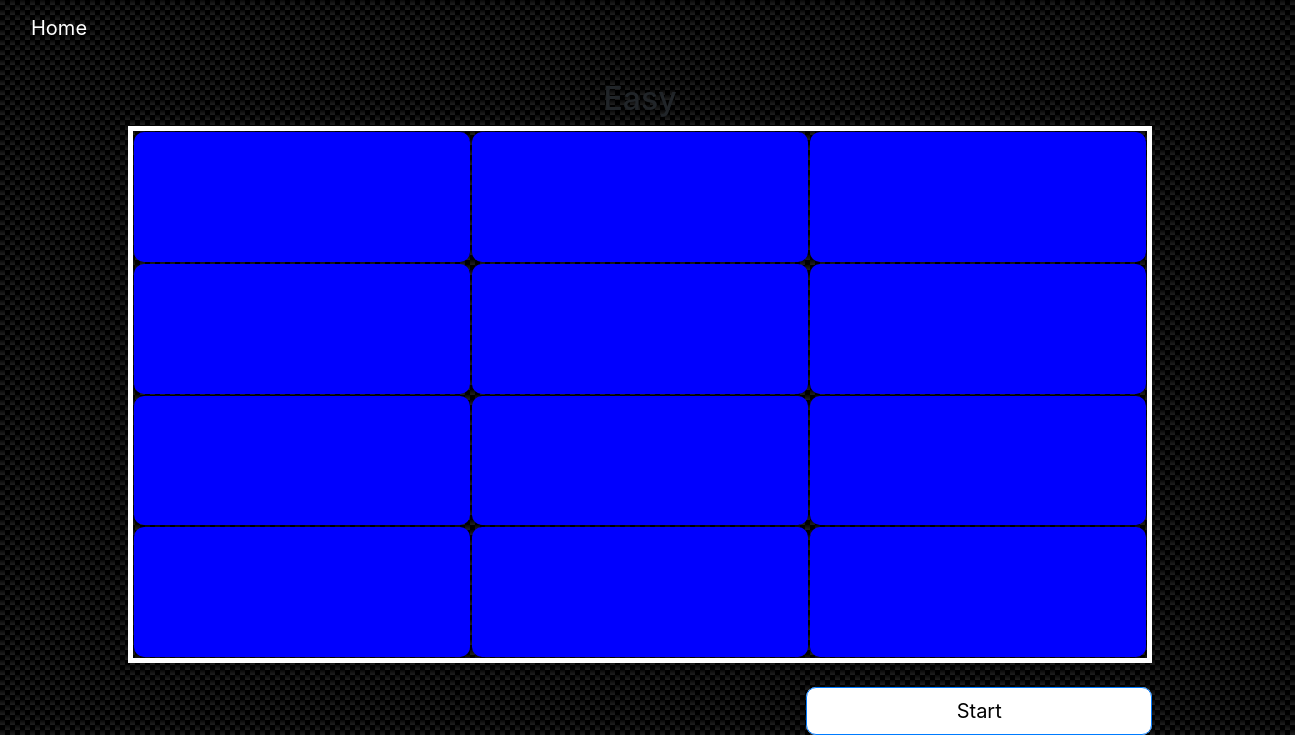
Repository: chrisrees85/memory-block
Page: easy.html
The author's editor kept a record of every edit. The page is drawn from the files as they stood at one moment, then again after the next edit.
The browser window is 1280 px wide. The page is 1295 px wide, so the pictures cover 1295 px, including what lies to the right of the window. The pictures show the whole page.

Above is the page before.

After the next edit:
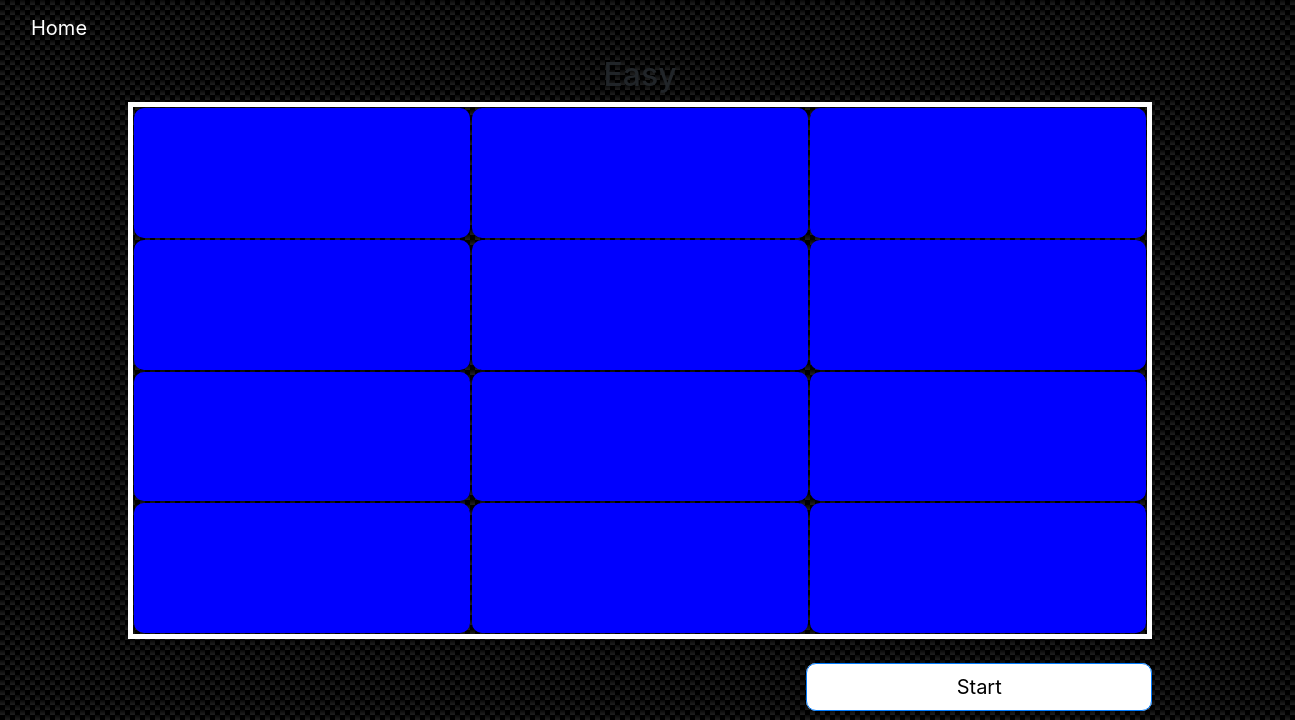
The edit:
--- a/easy.html
+++ b/easy.html
@@ -16,7 +16,6 @@
                         <a class="navbar-brand" href="index.html">Home</a>
         </nav>
     </div>
-    </br>
     <div class="row">
         <div class="col">
             <h2 class="center">Easy</h2>
